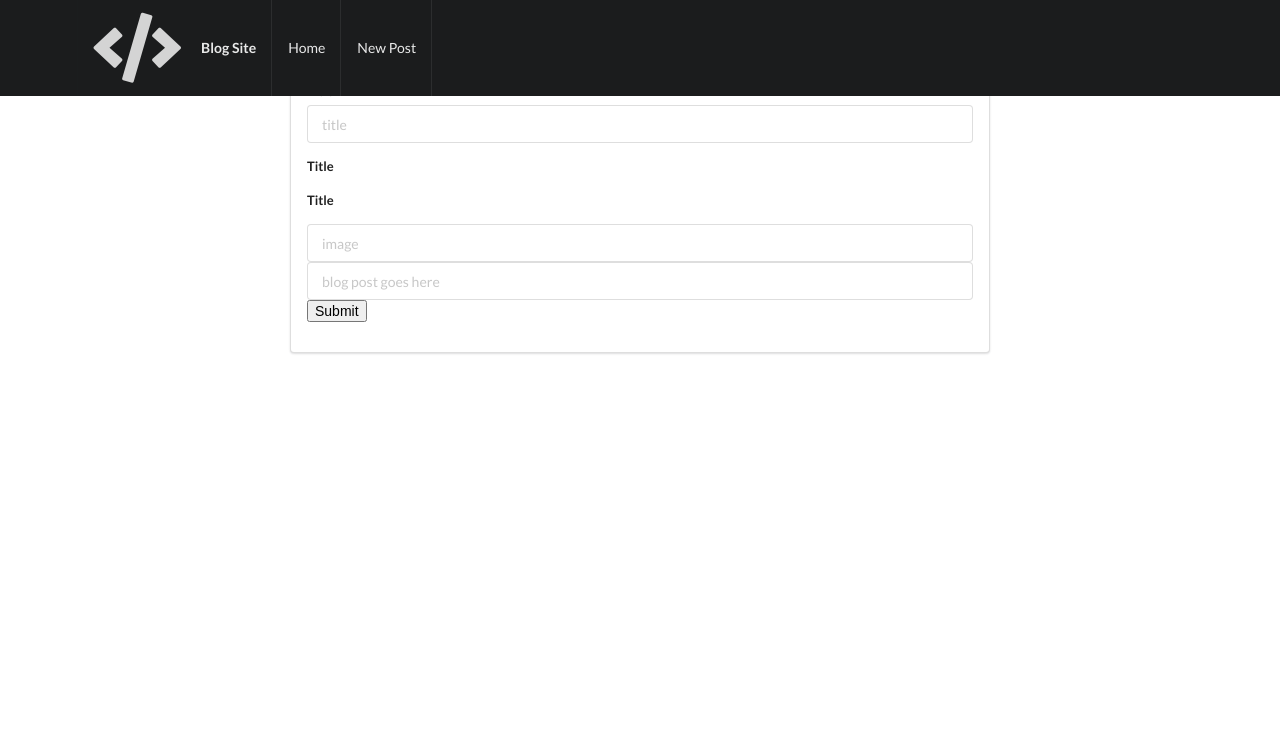
Repository: Nafeek30/WebProjects
Page: http://localhost/blogs/new
The author's editor kept a record of every edit. The page is drawn from the files as they stood at one moment, then again after the next edit.
The browser window is 1280 px wide. The pictures show the whole page.
The page is served by the project's Node server (RESTfulBlogApp/app.js).

Above is the page before.

After the next edit:
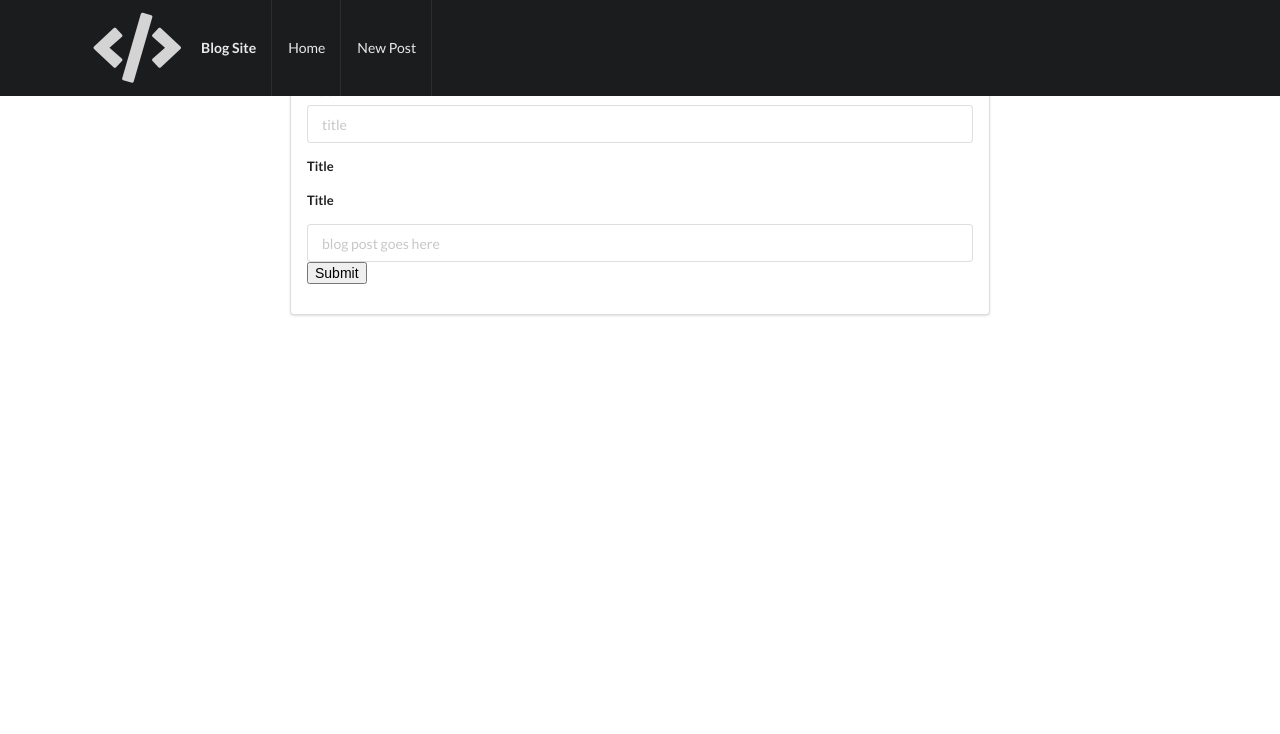
The edit:
--- a/Cloud 9 projects/RESTfulBlogApp/views/new.ejs
+++ b/Cloud 9 projects/RESTfulBlogApp/views/new.ejs
@@ -14,7 +14,6 @@
         <div class="field">
             <label>Title</label>
         </div>
-        <input type="text" name="blog[image]" placeholder="image">
         <input type="text" name="blog[body]" placeholder="blog post goes here">
         <input type="submit">
     </form>
